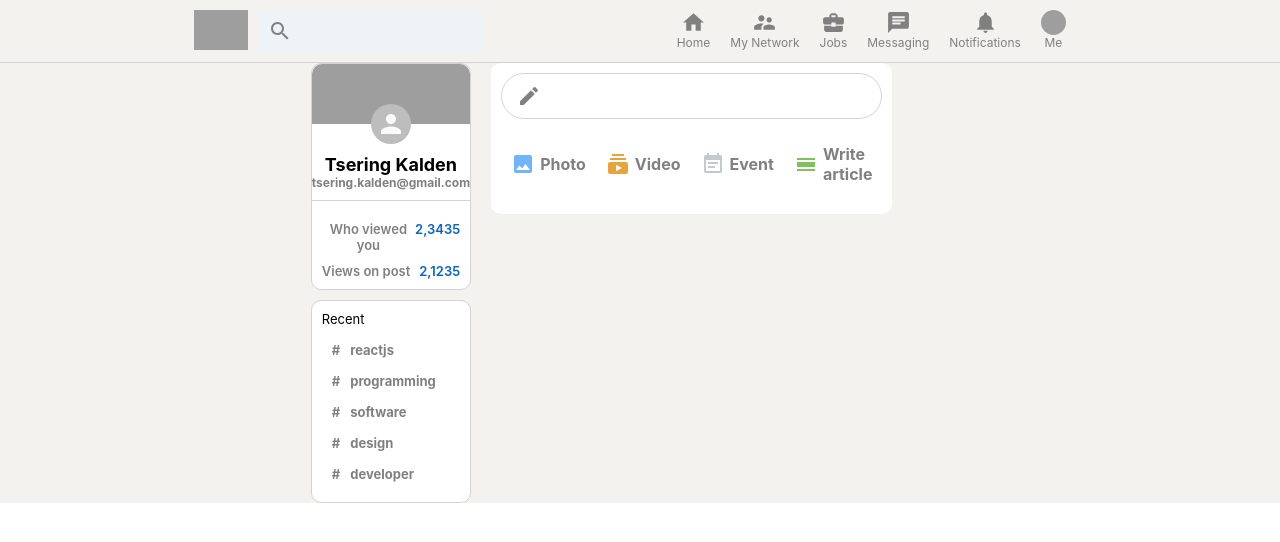
Repository: exiled-kal/linkedInreact-redux
Page: /
An editor plug-in stored every save of this project. The page is shown before and after a run of saves, followed by the edit.
The browser window is 1280 px wide. The pictures show the whole page.
Pictures or frames that could not be fetched are drawn as grey boxes. The project was rebuilt for these pictures with package versions that can differ from the ones it lists, and the page was loaded fresh each time.

Above is the page before, as saved 2020-12-22 21:07:41.

### src/App.js
import React from 'react';
import './App.css';
import Feed from './Feed';
import Header from './Header';
import Sidebar from './Sidebar';

function App() {
  return (
    <div className="app">
      <Header />

      {/* App Body */}
      <div className="app__body">
        <Sidebar />

        <Feed />
        {/* Widgets */}
      </div>
    </div>
  );
}
export default App;

### src/Feed.js
import React from 'react';
import './Feed.css';

import CreateIcon from '@material-ui/icons/Create';
import ImageIcon from '@material-ui/icons/Image';
import SubscriptionsIcon from '@material-ui/icons/Subscriptions';
import CalendarViewDayIcon from '@material-ui/icons/CalendarViewDay';
import EventNoteIcon from '@material-ui/icons/EventNote';

import InputOption from './InputOption';

function Feed() {
  return (
    <div className="feed">
      <div className="feed__inputContainer">
        <div className="feed__input">
          <CreateIcon />
          <form>
            <input type="text" />
            <button type="submit">Send</button>
          </form>
        </div>
        <div className="feed__inputOptions">
          <InputOption Icon={ImageIcon} title="Photo" color="#70B5F9" />
          <InputOption Icon={SubscriptionsIcon} title="Video" color="#E7A33E" />
          <InputOption Icon={EventNoteIcon} title="Event" color="#C0CBCD" />
          <InputOption
            Icon={CalendarViewDayIcon}
            title="Write article"
            color="#7FC15E"
          />
        </div>
      </div>
    </div>
  );
}

export default Feed;

### src/Header.js
import React from 'react';
import './Header.css';
import SearchIcon from '@material-ui/icons/Search';
import HomeIcon from '@material-ui/icons/Home';
import SupervisorAccountIcon from '@material-ui/icons/SupervisorAccount';
import BusinessCenterIcon from '@material-ui/icons/BusinessCenter';
import ChatIcon from '@material-ui/icons/Chat';
import NotificationsIcon from '@material-ui/icons/Notifications';

import HeaderOption from './HeaderOption';

function Header() {
  return (
    <div className="header">
      <div className="header__left">
        <img
          src="https://www.flaticon.com/svg/static/icons/svg/174/174857.svg"
          alt=""
        />
        <div className="header__search">
          <SearchIcon />
          <input type="text" />
        </div>
      </div>
      <div className="header__right">
        <HeaderOption Icon={HomeIcon} title="Home" />
        <HeaderOption Icon={SupervisorAccountIcon} title="My Network" />
        <HeaderOption Icon={BusinessCenterIcon} title="Jobs" />
        <HeaderOption Icon={ChatIcon} title="Messaging" />
        <HeaderOption Icon={NotificationsIcon} title="Notifications" />
        <HeaderOption
          avatar="https://lh3.googleusercontent.com/ogw/ADGmqu_TO5DxpJaFKNCrPcspEX6tJRZjHj48Ofzpj3c1qw=s64-c-mo"
          title="Me"
        />
      </div>
    </div>
  );
}

export default Header;

### src/Sidebar.js
import {Avatar} from '@material-ui/core';
import React from 'react';
import './Sidebar.css';

function Sidebar() {
  const recentItem = (topic) => (
    <div className="sidebar__recentItem">
      <span className="sidebar__hash">#</span>
      <p>{topic}</p>
    </div>
  );
  return (
    <div className="sidebar">
      <div className="sidebar__top">
        <img src="https://i.stack.imgur.com/FNNGP.gif" alt="" />
        <Avatar className="sidebar__avatar" />
        <h2>Tsering Kalden</h2>
        <h4>tsering.kalden@gmail.com</h4>
      </div>
      <div className="sidebar__stats">
        <div className="sidebar__stat">
          <p>Who viewed you</p>
          <p className="sidebar__statNumber">2,3435</p>
        </div>
        <div className="sidebar__stat">
          <p>Views on post</p>
          <p className="sidebar__statNumber">2,1235</p>
        </div>
      </div>
      <div className="sidebar__bottom">
        <p>Recent</p>
        {recentItem('reactjs')}
        {recentItem('programming')}
        {recentItem('software')}
        {recentItem('design')}
        {recentItem('developer')}
      </div>
    </div>
  );
}

export default Sidebar;

### src/features/counter/counterSlice.js
import { createSlice } from '@reduxjs/toolkit';

export const counterSlice = createSlice({
  name: 'counter',
  initialState: {
    value: 0,
  },
  reducers: {
    increment: state => {
      // Redux Toolkit allows us to write "mutating" logic in reducers. It
      // doesn't actually mutate the state because it uses the Immer library,
      // which detects changes to a "draft state" and produces a brand new
      // immutable state based off those changes
      state.value += 1;
    },
    decrement: state => {
      state.value -= 1;
    },
    incrementByAmount: (state, action) => {
      state.value += action.payload;
    },
  },
});

export const { increment, decrement, incrementByAmount } = counterSlice.actions;

// The function below is called a thunk and allows us to perform async logic. It
// can be dispatched like a regular action: `dispatch(incrementAsync(10))`. This
// will call the thunk with the `dispatch` function as the first argument. Async
// code can then be executed and other actions can be dispatched
export const incrementAsync = amount => dispatch => {
  setTimeout(() => {
    dispatch(incrementByAmount(amount));
  }, 1000);
};

// The function below is called a selector and allows us to select a value from
// the state. Selectors can also be defined inline where they're used instead of
// in the slice file. For example: `useSelector((state) => state.counter.value)`
export const selectCount = state => state.counter.value;

export default counterSlice.reducer;

### src/Feed.css
.feed {
  flex: 0.6;
  margin: 0 20px;
}

.feed__inputContainer {
  background-color: white;
  padding: 10px;
  padding-bottom: 20px;
  border-radius: 10px;
  margin-bottom: 20px;
}

.feed__input {
  border: 1px solid lightgray;
  border-radius: 30px;
  display: flex;
  padding: 10px;
  color: gray;
  padding-left: 15px;
}

.feed__input > form {
  display: flex;
  width: 100%;
}

.feed__input > form > input {
  border: none;
  flex: 1;
  margin-left: 10px;
  outline-width: 0;
  font-weight: 600;
}

.feed__input > form > button {
  display: none;
}

.feed__inputOptions {
  display: flex;
  justify-content: space-evenly;

}

### src/InputOption.js
import React from 'react';
import './InputOption.css';

function InputOption({title, Icon, color}) {
  return (
    <div className="inputOption">
      <Icon style={{color: color}} />
      <h4>{title}</h4>
    </div>
  );
}

export default InputOption;

### src/Header.css
.header {
  position: sticky;
  top: 0;
  z-index: 999;
  display: flex;
  justify-content: space-evenly;
  border-bottom: 0.1px solid lightgray;
  padding-top: 10px;
  padding-bottom: 10px;
  width: 100%;
}

.header__left {
  display: flex;
}

.header__left > img {
  object-fit: contain;
  height: 40px;
  margin-right: 10px;
}

.header__search {
  padding: 10px;
  display: flex;
  align-items: center;
  border-radius: 5px;
  height: 22px;
  color: gray;
  background-color: #eef3f8;
}

.header__search > input {
  outline: none;
  border: none;
  background: none;
}

.header__right {
  display: flex;
}

### src/HeaderOption.js
import { Avatar } from '@material-ui/core';
import React from 'react';
import './HeaderOption.css';

function HeaderOption({avatar, title, Icon}) {
  return (
    <div className="headerOption">
      {Icon && <Icon className="headerOption__icon" />}
      {avatar && <Avatar className="headerOption__icon" src={avatar} />}
      <h3 className="headerOption__title">{title}</h3>
    </div>
  );
}

export default HeaderOption;

### src/Sidebar.css
.sidebar {
  position: sticky;
  top: 80px;
  flex: 0.2;
  border-radius: 10px;
  text-align: center;
  height: fit-content;
}

.sidebar__avatar {
  margin-bottom: 10px;
}

.sidebar__top > h4 {
  color: gray;
  font-size: 12px;
}

.sidebar__top > h2 {
  font-size: 18px;
}

.sidebar__top {
  display: flex;
  flex-direction: column;
  align-items: center;
  border: 1px solid lightgray;
  border-bottom: 0;
  border-top-left-radius: 10px;
  border-top-right-radius: 10px;
  background-color: white;
  padding-bottom: 10px;
}

.sidebar__top > img {
  margin-bottom: -20px;
  width: 100%;
  height: 60px;
  border-top-left-radius: 10px;
  border-top-right-radius: 10px;
  object-fit: cover;
}

.sidebar__stats {
  padding: 10px;
  margin-bottom: 10px;
  border: 1px solid lightgray;
  background-color: white;
  border-bottom-left-radius: 10px;
  border-bottom-right-radius: 10px;
}
.sidebar__stat {
  margin-top: 10px;
  display: flex;
  justify-content: space-between;
}

.sidebar__stat > p {
  color: gray;
  font-size: 13px;
  font-weight: 600;
}

.sidebar__statNumber {
  font-weight: bold;
  color: #0a66c2 !important;
}

.sidebar__bottom {
  text-align: left;
  padding: 10px;
  border: 1px solid lightgray;
  background-color: white;
  border-radius: 10px;
  margin-top: 10px;
}

.sidebar__bottom > p {
  font-size: 13px;
  padding-bottom: 10px;
}

.sidebar__recentItem {
  display: flex;
  font-size: 13px;
  color: gray;
  font-weight: bolder;
  cursor: pointer;
  margin-bottom: 5px;
  padding: 5px;
}

.sidebar__recentItem:hover {
  background-color: whitesmoke;
  border-radius: 10px;
  cursor: pointer;
  color: black;
}

.sidebar__hash {
  margin-right: 10px;
  margin-left: 5px;
}

Loaded but not shown: public/index.html (common file); src/index.js (common file); src/index.css (common file); src/app/store.js (common file); src/serviceWorker.js (common file); src/App.css (common file); src/InputOption.css (common file); src/HeaderOption.css (common file)

After the next 2 saves:
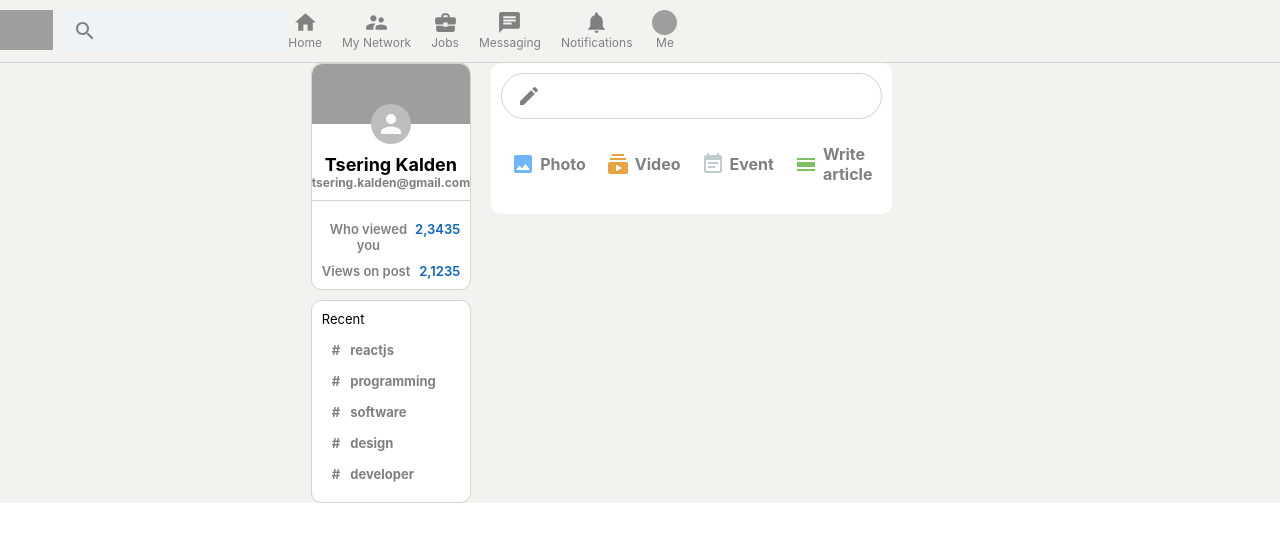
The 2 saves are shown as one change because they came seconds apart.
The last was saved 69 s later.
--- a/src/Header.css
+++ b/src/Header.css
@@ -3,6 +3,7 @@
   top: 0;
   z-index: 999;
   display: flex;
+  bak
   justify-content: space-evenly;
   border-bottom: 0.1px solid lightgray;
   padding-top: 10px;
